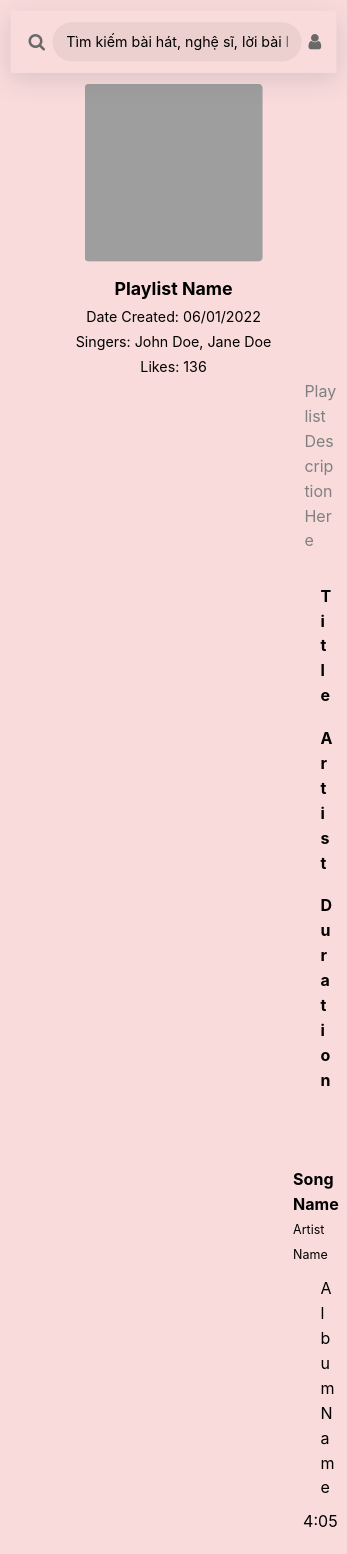
Repository: kauittt/Mobile
Screen: /
The author's editor kept a copy of each file at every save. The screen is drawn from the files as they stood at one save, then again after the next save.
The pictures are shown at 89% of full size.
Pictures or frames that could not be fetched are drawn as grey boxes. The app was drawn by React Native's web renderer in a window 390 px wide. The project was rebuilt for these pictures with package versions that can differ from the ones it lists, and the page was loaded fresh each time.

Above is the screen before, as saved 2023-05-02 21:16:12.

After the next save:
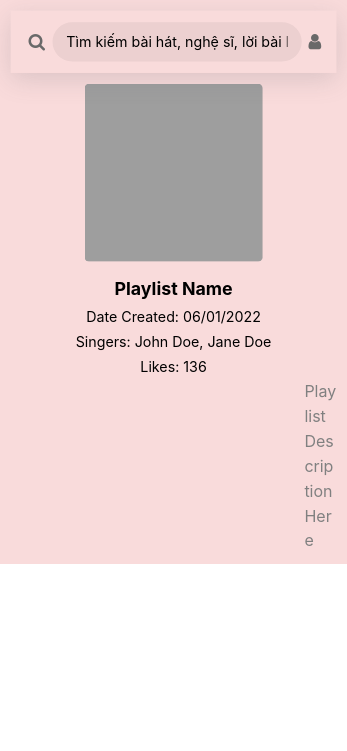
Saved 45 s later.
--- a/components/Playlist/Playlist.jsx
+++ b/components/Playlist/Playlist.jsx
@@ -31,7 +31,7 @@ const Playlist = () => {
         <Text style={styles.listSongContent__desc}>
           Playlist Description Here
         </Text>
-        <View style={styles.listSongContentList}>
+        {/* <View style={styles.listSongContentList}>
           <View style={styles.listSongContentListHeading}>
             <Text style={styles.listSongContentListHeading__title}>Title</Text>
             <Text style={styles.listSongContentListHeading__title}>Artist</Text>
@@ -57,8 +57,7 @@ const Playlist = () => {
             <Text style={styles.generalItem__album}>Album Name</Text>
             <Text style={styles.generalItem__time}>4:05</Text>
           </View>
-          {/* Render more songs here */}
-        </View>
+        </View> */}
       </View>
     </ScrollView>
   );
